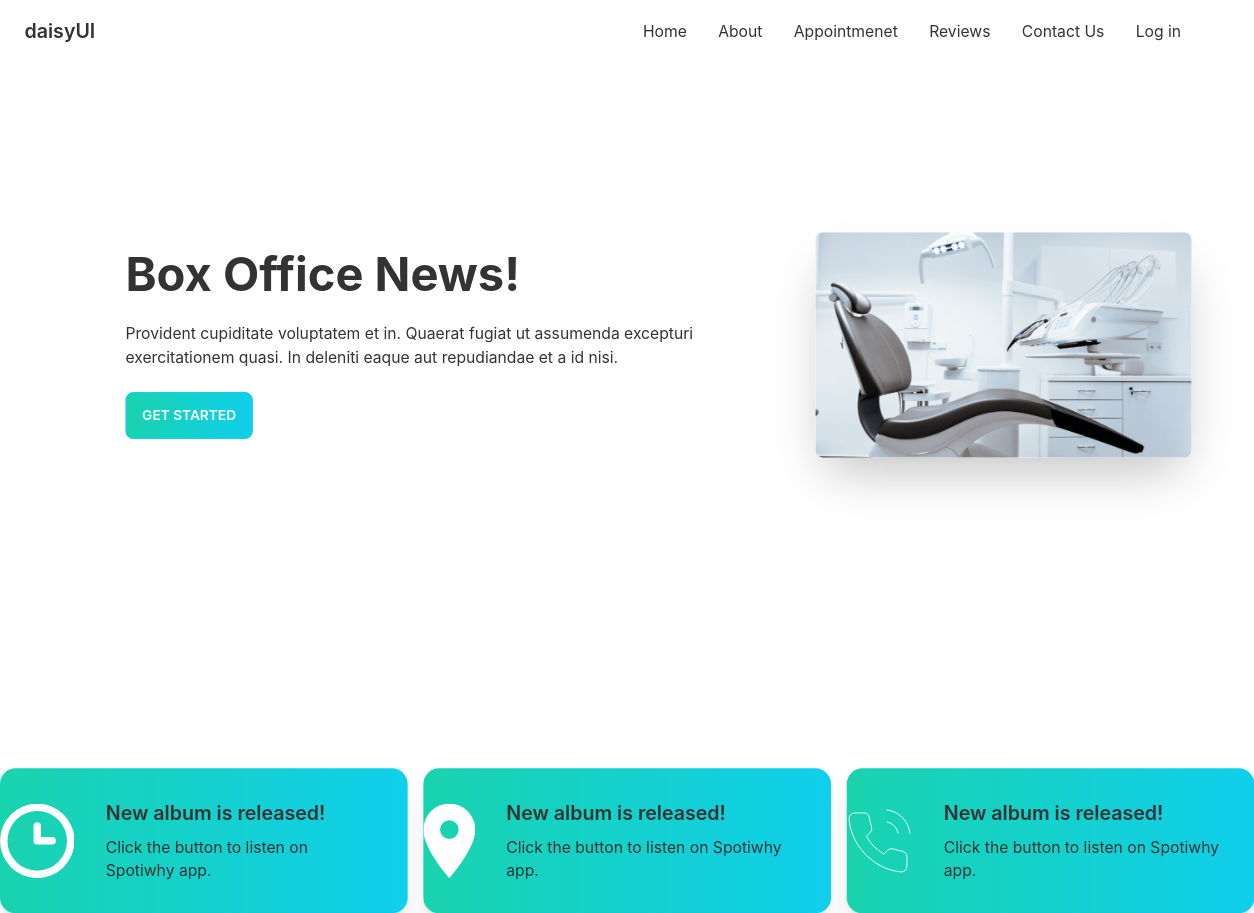
Repository: Tanvir3744/Doctors-client-website
Page: /
The author's editor kept a copy of each file at every save. The page is drawn from the files as they stood at one save, then again after the next save.
The browser window is 1280 px wide. The pictures show the whole page, at 98% of full size.
The project was rebuilt for these pictures with package versions that can differ from the ones it lists, and the page was loaded fresh each time. Also part of the build but not shown: src/Pages/About/About.js, src/Pages/Login/Login.js, src/Pages/NotFound/NotFound.js.

Above is the page before, as saved 2022-05-25 17:30:16.

### src/App.js
import { Routes, Route } from 'react-router-dom'
import About from './Pages/About/About';
import Home from './Pages/Home/Home';
import Login from './Pages/Login/Login';
import NotFound from './Pages/NotFound/NotFound';
import Navbar from './Pages/Shared/Navbar';
function App() {
  return (
    <div className="App">
      <Navbar></Navbar>
      <Routes>
        <Route path='/' element={<Home />}></Route>
        <Route path='/home' element={<Home />}></Route>
        <Route path='/about' element={<About />}></Route>
        <Route path='/login' element={<Login />}></Route>
        <Route path='*' element={<NotFound />}></Route>
      </Routes>
    </div>
  );
}

export default App;

### src/Pages/Home/Home.js
import React from 'react';
import InfoCards from '../../components/InfoCards';
import Banner from './Banner/Banner';

const Home = () => {
    return (
        <div>
            <Banner />
            <InfoCards />
        </div>
    );
};

export default Home;

### src/Pages/Shared/Navbar.js
import React from 'react';
import { Link } from 'react-router-dom';

const Navbar = () => {
    //menu items stored here
    const menuItems = <>
        <li><Link to="/">Home</Link></li>
        <li><Link to="/about">About</Link></li>
        <li><Link to="/appointment">Appointmenet</Link></li>
        <li><Link to="/reviews">Reviews</Link></li>
        <li><Link to="/contact">Contact Us</Link></li>
        <li><Link to="/login">Log in </Link></li>
    </>
    return (
        <div>
            <div class="navbar bg-base-100">
                <div class="navbar-start">
                    <div class="dropdown">
                        <label tabindex="0" class="btn btn-ghost lg:hidden">
                            <svg xmlns="http://www.w3.org/2000/svg" class="h-5 w-5" fill="none" viewBox="0 0 24 24" stroke="currentColor"><path stroke-linecap="round" stroke-linejoin="round" stroke-width="2" d="M4 6h16M4 12h8m-8 6h16" /></svg>
                        </label>
                        <ul tabindex="0" class="menu menu-compact dropdown-content mt-3 p-2 shadow bg-base-100 rounded-box w-52">
                           {menuItems}
                        </ul>
                    </div>
                    <Link to='/' class="btn btn-ghost normal-case text-xl">daisyUI</Link>
                </div>
                <div class="navbar-center hidden lg:flex">
                    <ul class="menu menu-horizontal p-0">
                        {menuItems}
                    </ul>
                </div>
            </div>
        </div>
    );
};

export default Navbar;

### src/components/InfoCards.js
import React from 'react';
import ChildInfoCards from './ChildInfoCards';
import Clock from './../assets/icons/clock.svg'
import Marker from './../assets/icons/marker.svg'
import Phone from './../assets/icons/phone.svg'
const InfoCards = () => {
    return (
        <div className='grid lg:grid justify-items-center  grid-cols-1 lg:grid-cols-3 gap-4'>
            <ChildInfoCards img={Clock} />
            <ChildInfoCards img={Marker} />
            <ChildInfoCards img={Phone} />
        </div>
    );
};

export default InfoCards;

### src/Pages/Home/Banner/Banner.js
import React from 'react';
import chair from '../../../assets/images/chair.png'
const Banner = () => {
    return (
        <div className='px-12'>
            <div class="hero min-h-screen conatiner mx-auto">
                <div class="hero-content flex-col lg:flex-row-reverse -mt-36">
                    <img src={chair} class="max-w-sm rounded-lg shadow-2xl " />
                    <div className='px-16'>
                        <h1 class="text-5xl font-bold">Box Office News!</h1>
                        <p class="py-6">Provident cupiditate voluptatem et in. Quaerat fugiat ut assumenda excepturi exercitationem quasi. In deleniti eaque aut repudiandae et a id nisi.</p>
                        <button class="btn btn-primary text-white rounded-lg bg-gradient-to-r from-secondary to-primary">Get Started</button>
                    </div>
                </div>
            </div>
        </div>
    );
};

export default Banner;

### src/components/ChildInfoCards.js
import React from 'react';

const ChildInfoCards = (props) => {
    const {img} = props;
    return (
        <div className='container'>
            <div class="card lg:card-side shadow-xl bg-gradient-to-r from-secondary to-primary">
                <figure><img src={img} alt="Info cards" /></figure>
                <div class="card-body">
                    <h2 class="card-title">New album is released!</h2>
                    <p>Click the button to listen on Spotiwhy app.</p>
                </div>
            </div>
        </div>
    );
};

export default ChildInfoCards;

### tailwind.config.js
module.exports = {
  content: ["./src/**/*.{html,js}"],
  theme: {
    extend: {},
  },
  daisyui: {
    themes: [
      {

        mytheme: {
          primary: "#0FCFEC",
          secondary: "#19D3AE",
          neutral: "#3d4451",
          darkis : "#3A4256",
          accent: "#37cdbe",
          "base-100": "#ffffff",
        },
      },
      "cupcake",
    ],
  },
  plugins: [require("daisyui")],
}

Loaded but not shown: public/index.html (common file); src/index.js (common file); src/index.css (common file); src/reportWebVitals.js (common file)

After the next save:
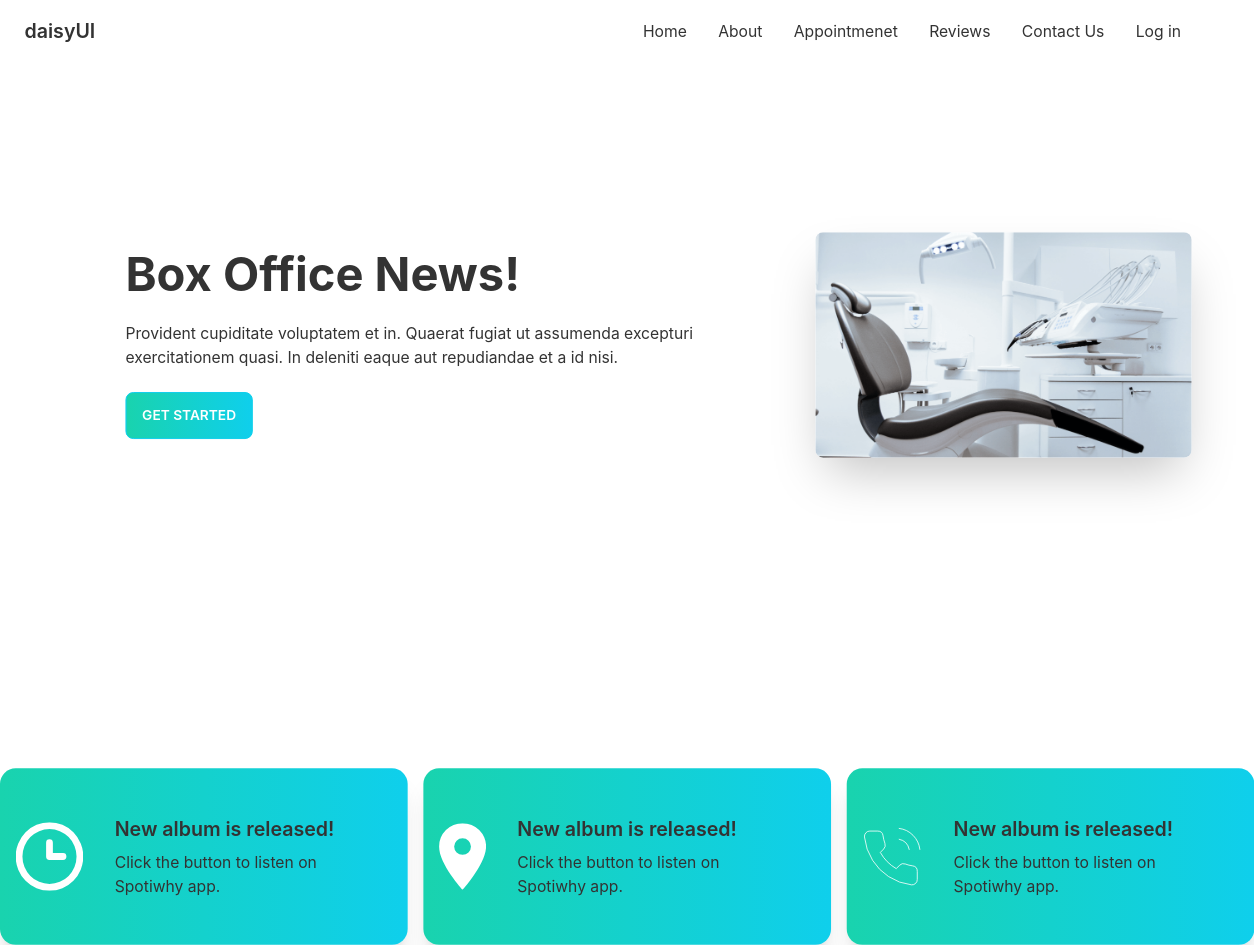
Saved 40 s later.
--- a/src/components/ChildInfoCards.js
+++ b/src/components/ChildInfoCards.js
@@ -4,7 +4,7 @@ const ChildInfoCards = (props) => {
     const {img} = props;
     return (
         <div className='container'>
-            <div class="card lg:card-side shadow-xl bg-gradient-to-r from-secondary to-primary">
+            <div class="card lg:card-side shadow-xl bg-gradient-to-r from-secondary to-primary p-4">
                 <figure><img src={img} alt="Info cards" /></figure>
                 <div class="card-body">
                     <h2 class="card-title">New album is released!</h2>
